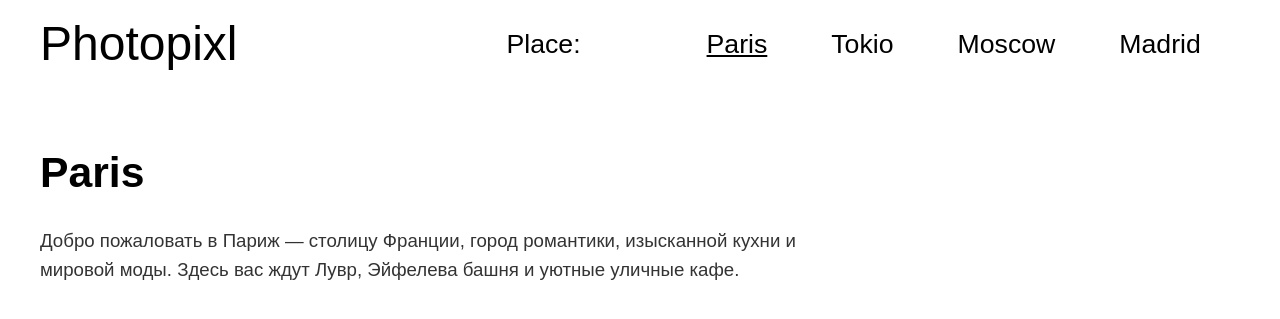
Repository: git-daniil/place-site
Page: index.html
These files come from the project's save history. The page is drawn as it stood at one moment and after the next save; the edit follows.
The browser window is 1280 px wide. The pictures show the whole page.
Some web fonts or font styles are not loaded; a fallback is used.

Above is the page before, as saved 2026-05-18 19:55:30.

After the next save:
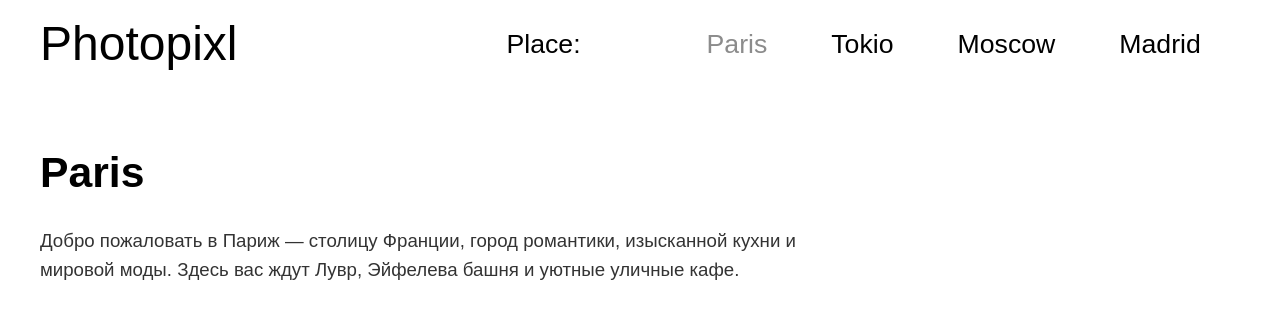
Saved 29 s later.
--- a/index.html
+++ b/index.html
@@ -12,7 +12,7 @@
         <a href="index.html" class="logo">Photopixl</a>
         <div class="place-label">Place:</div>
         <div class="nav-links">
-            <a href="index.html" class="city-link" style="text-decoration: underline;">Paris</a>
+            <a href="index.html" class="city-link active">Paris</a>
             <a href="tokio.html" class="city-link">Tokio</a>
             <a href="moscow.html" class="city-link">Moscow</a>
             <a href="madrid.html" class="city-link">Madrid</a>
